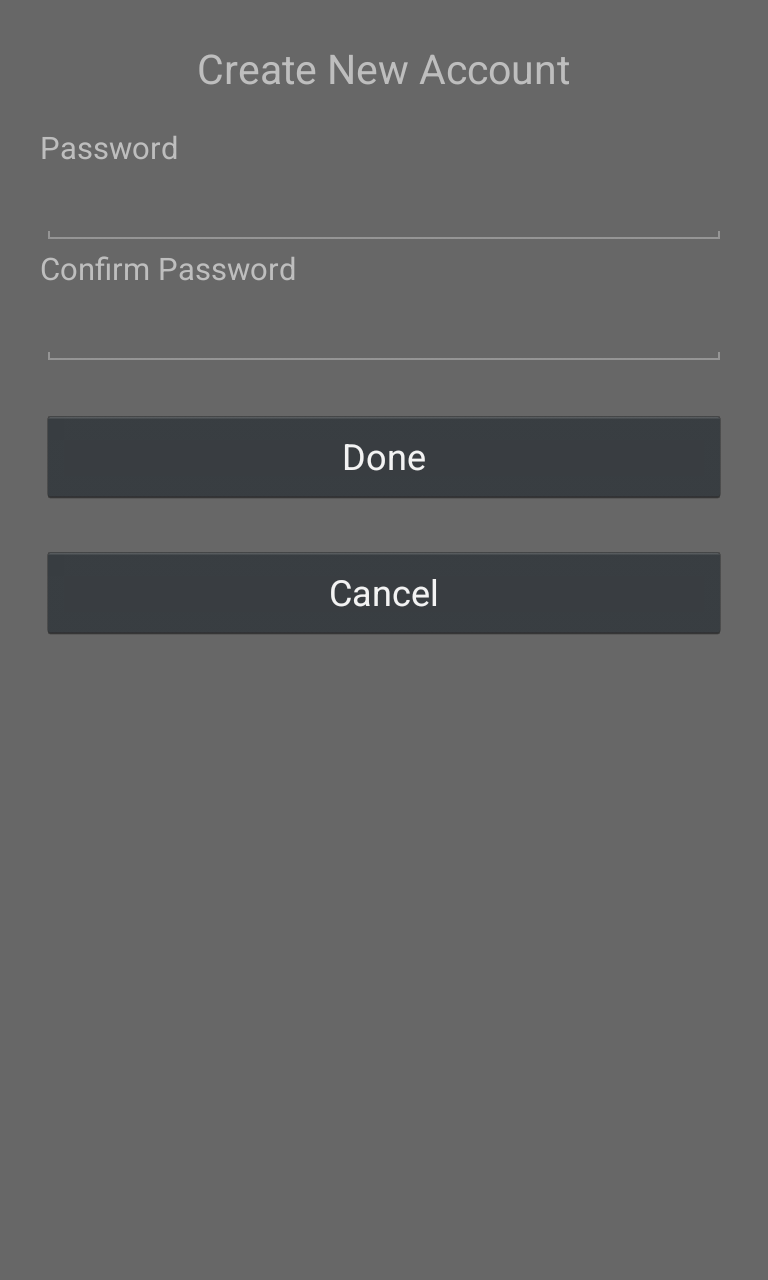
Repository: JonRuben1/SmudgeAttackPreventionLockScreen
Layout: TicTacToe4-new/res/layout/account.xml
These files come from the project's save history. The layout is drawn as it stood at one moment and after the next save; the edit follows.
It is drawn on a 768 x 1280 px phone screen (xhdpi) without system bars, with theme android:Theme.Holo; the app's code is not run.

Above is the layout before, as saved 2014-11-11 19:13:28.

### TicTacToe4-new/res/layout/account.xml
<?xml version="1.0" encoding="utf-8"?>
<ScrollView xmlns:android="http://schemas.android.com/apk/res/android"
    android:layout_width="match_parent"
    android:layout_height="match_parent"
    android:background="@color/background"
    android:orientation="horizontal"
    android:padding="20dip" >

    <LinearLayout
        android:layout_width="match_parent"
        android:layout_height="wrap_content"
        android:orientation="vertical" >

        <TextView
            android:layout_width="wrap_content"
            android:layout_height="wrap_content"
            android:layout_gravity="center"
            android:layout_marginBottom="15dip"
            android:text="@string/create_new_account"
            android:textSize="20.5sp" />

        <TextView
            android:layout_width="wrap_content"
            android:layout_height="wrap_content"
            android:layout_gravity="left"
            android:text="@string/password"
            android:textSize="15.5sp" />

        <EditText
            android:id="@+id/password"
            android:layout_width="match_parent"
            android:layout_height="wrap_content"
            android:inputType="textPassword"
            android:singleLine="true" />

        <TextView
            android:layout_width="wrap_content"
            android:layout_height="wrap_content"
            android:layout_gravity="left"
            android:text="@string/confirm_password"
            android:textSize="15.5sp" />

        <EditText
            android:id="@+id/password_confirm"
            android:layout_width="match_parent"
            android:layout_height="wrap_content"
            android:inputType="textPassword"
            android:singleLine="true" />

        <Button
            android:id="@+id/done_button"
            android:layout_width="match_parent"
            android:layout_height="wrap_content"
            android:layout_marginTop="20dip"
            android:text="@string/done" />

        <Button
            android:id="@+id/cancel_button"
            android:layout_width="match_parent"
            android:layout_height="wrap_content"
            android:layout_marginTop="20dip"
            android:text="@string/cancel" />
    </LinearLayout>

</ScrollView>

### TicTacToe4-new/res/values/color.xml
<?xml version="1.0" encoding="utf-8"?>
<resources>
	<color name="background">#676767</color>
	<color name="dark">#AA545454</color>
	<color name="light">#AADEDEDE</color>
	<color name="white">#FFFFFF</color>
    <color name="selectedBlock">#66FF0000</color>
</resources>

### TicTacToe4-new/res/values/strings.xml
<?xml version="1.0" encoding="utf-8"?>
<resources>

    <string name="main_title">Android for Dummies</string>
    <string name="app_name">AndroidforDummies</string>
    <string name="title">Tic-Tac-Toe</string>
    <string name="help_title">Help</string>
    <string name="help_text"><b>About Tic-Tac-Toe</b>\n
		Tic-Tac-Toe is a two-player game.\n
		Each player claims one of two symbols\n
		– “O” or “X” – and attempts to\n
		alternately place their symbol in empty\n
		locations in a 3-by-3 grid, so as\n
		to get three of the same symbol\n
		adjacent to each other in a straight\n
		line – either in a row or column, or\n
		across a diagonal.\n
		\n\n	</string>
    <string name="settings_label">Settings</string>
    <string name="login_title">Tic-Tac-Toe Awaits!</string>
    <string name="enter_username">Enter Username</string>
    <string name="permission_launch_activity"> This permission allows launching an activity in this application </string>
    <string name="exit">Exit</string>
    <string name="new_account">New Account</string>
    <string name="username">Username</string>
    <string name="password">Password</string>
    <string name="confirm_password">Confirm Password</string>
    <string name="enter_email">Enter Email</string>
    <string name="clear">Clear</string>
    <string name="create">Create</string>
    <string name="start_audio">Start Audio</string>
    <string name="stop_audio">Stop Audio</string>
    <string name="record_audio">Record Audio</string>
    <string name="options">Options</string>
    <string name="new_game">New Game</string>
    <string name="audio">Audio</string>
    <string name="video">Video</string>
    <string name="images">Images</string>
    <string name="settings">Settings</string>
    <string name="help">Help</string>
    <string name="where_am_i_">Where am I ...</string>
    <string name="sensors">Sensors</string>
    <string name="tic_tac_toe_on_wikipedia">Tic-Tac-Toe on Wikipedia</string>
    <string name="tic_tac_toe_on_wikipedia_in_web_view">Tic-Tac-Toe on Wikipedia in Web View</string>
    <string name="exit_help">Exit Help</string>
    <string name="show_image">Show Image</string>
    <string name="take_picture">Take Picture</string>
    <string name="enter_password">Enter Password</string>
    <string name="new_user">New User</string>
    <string name="login">Login</string>
    <string name="start_video">Start Video</string>
    <string name="stop_video">Stop Video</string>
    <string name="record_video">Record Video</string>
    <string name="find">Find</string>
    <string name="enter_address_">Enter address ...</string>
    <string name="locate_me">Locate Me</string>
    <string name="id">id</string>
    <string name="hello">hello</string>
    <string name="create_new_account">Create New Account</string>
    <string name="done">Done</string>
    <string name="cancel">Cancel</string>
    <string name="title_activity_dummy">DummyActivity</string>
    <string name="action_settings">Settings</string>
    <string name="hello_world">Hello world!</string>
    <string name="findme">Find me</string>
    <string name="reset_password">Reset Password</string>

</resources>

After the next save:
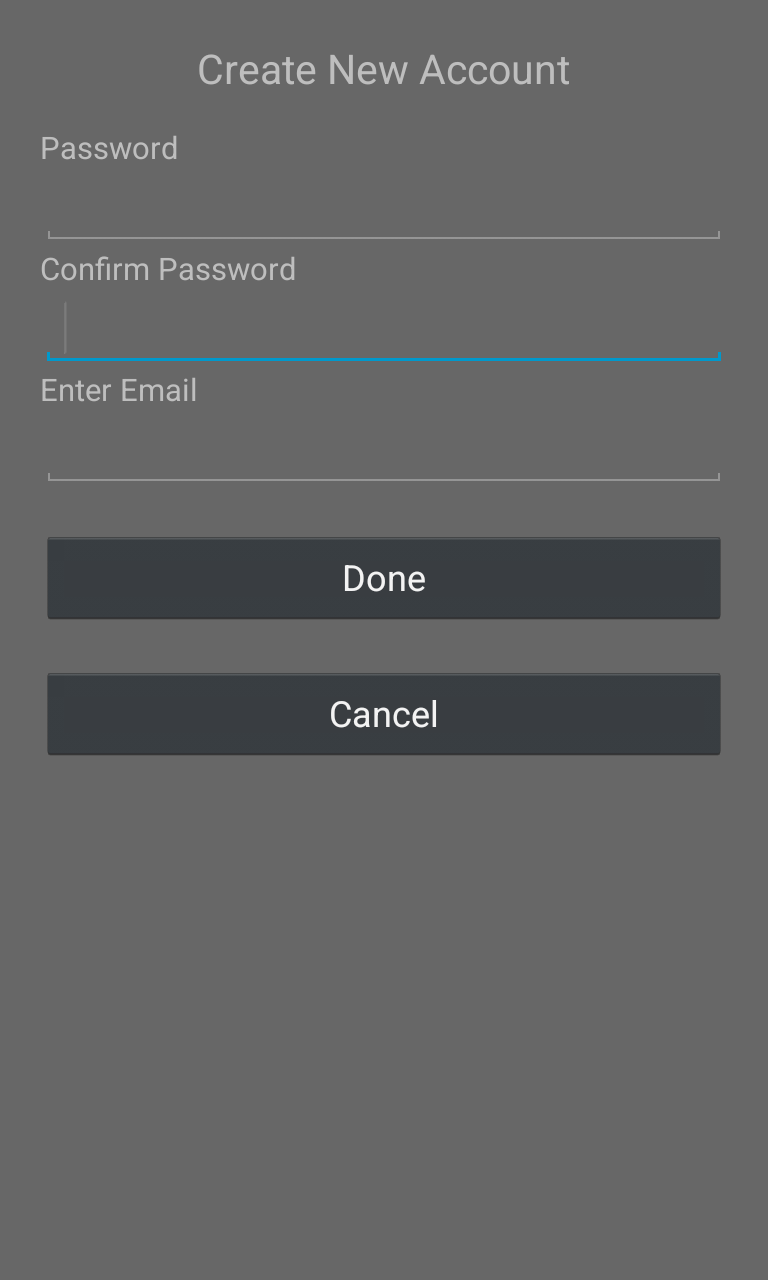
Saved 24 s later.
--- a/TicTacToe4-new/res/layout/account.xml
+++ b/TicTacToe4-new/res/layout/account.xml
@@ -36,8 +36,25 @@
         <TextView
             android:layout_width="wrap_content"
             android:layout_height="wrap_content"
+            android:text="@string/confirm_password"
+            android:textSize="15.5sp" />
+
+        <EditText
+            android:id="@+id/EditText01"
+            android:layout_width="match_parent"
+            android:layout_height="wrap_content"
+            android:ems="10"
+            android:inputType="textPassword"
+            android:singleLine="true" >
+
+            <requestFocus />
+        </EditText>
+
+        <TextView
+            android:layout_width="wrap_content"
+            android:layout_height="wrap_content"
             android:layout_gravity="left"
-            android:text="@string/confirm_password"
+            android:text="@string/enter_email"
             android:textSize="15.5sp" />
 
         <EditText
